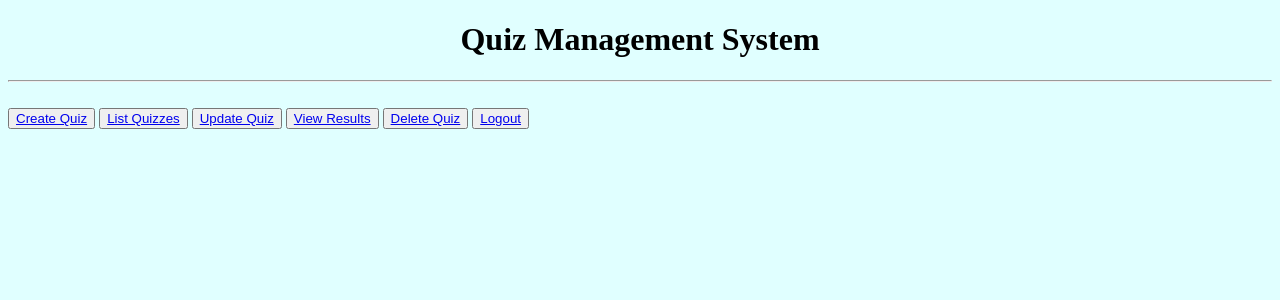
Repository: Rohitsenpai01/Quiz-Manangement-System
Page: http://localhost/WebQuizApp/admin.jsp
An editor plug-in stored every save of this project. The page is shown before and after the next save, followed by the edit.
The browser window is 1280 px wide. The pictures show the whole page.
The page is served by Tomcat 9.

Above is the page before, as saved 2025-12-29 06:50:15.

After the next save:
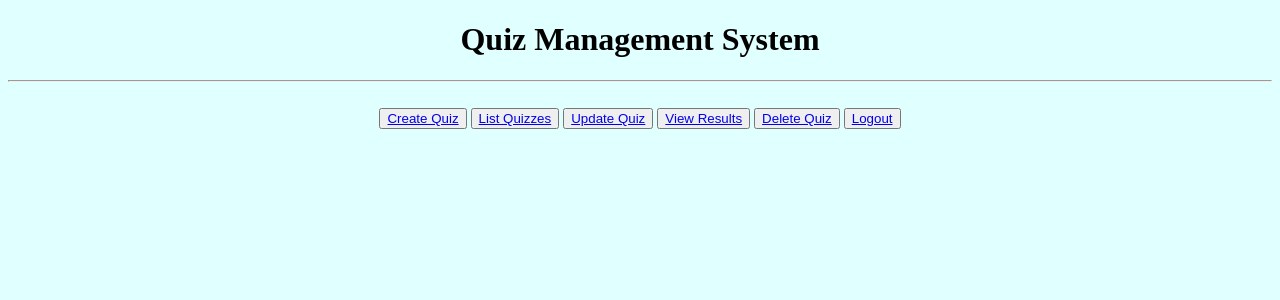
Saved 83 s later.
--- a/WebQuizApp/WebQuizApp/src/main/webapp/admin.jsp
+++ b/WebQuizApp/WebQuizApp/src/main/webapp/admin.jsp
@@ -8,11 +8,13 @@
 </head>
 <body bgcolor="${initParam.theme}">
 	<h1 style="text-align: center;">${initParam.appTitle}</h1><hr><br>
-	<button><a href="index.jsp">Create Quiz</a></button>
-	<button><a href="index.jsp">List Quizzes</a></button>
-	<button><a href="index.jsp">Update Quiz</a></button>
-	<button><a href="index.jsp">View Results</a></button>
-	<button><a href="index.jsp">Delete Quiz</a></button>
-	<button><a href="logout.jsp">Logout</a></button>
+	<div style="text-align: center;">
+		<button><a href="index.jsp">Create Quiz</a></button>
+		<button><a href="index.jsp">List Quizzes</a></button>
+		<button><a href="index.jsp">Update Quiz</a></button>
+		<button><a href="index.jsp">View Results</a></button>
+		<button><a href="index.jsp">Delete Quiz</a></button>
+		<button><a href="logout.jsp">Logout</a></button>
+	</div>
 </body>
 </html>
